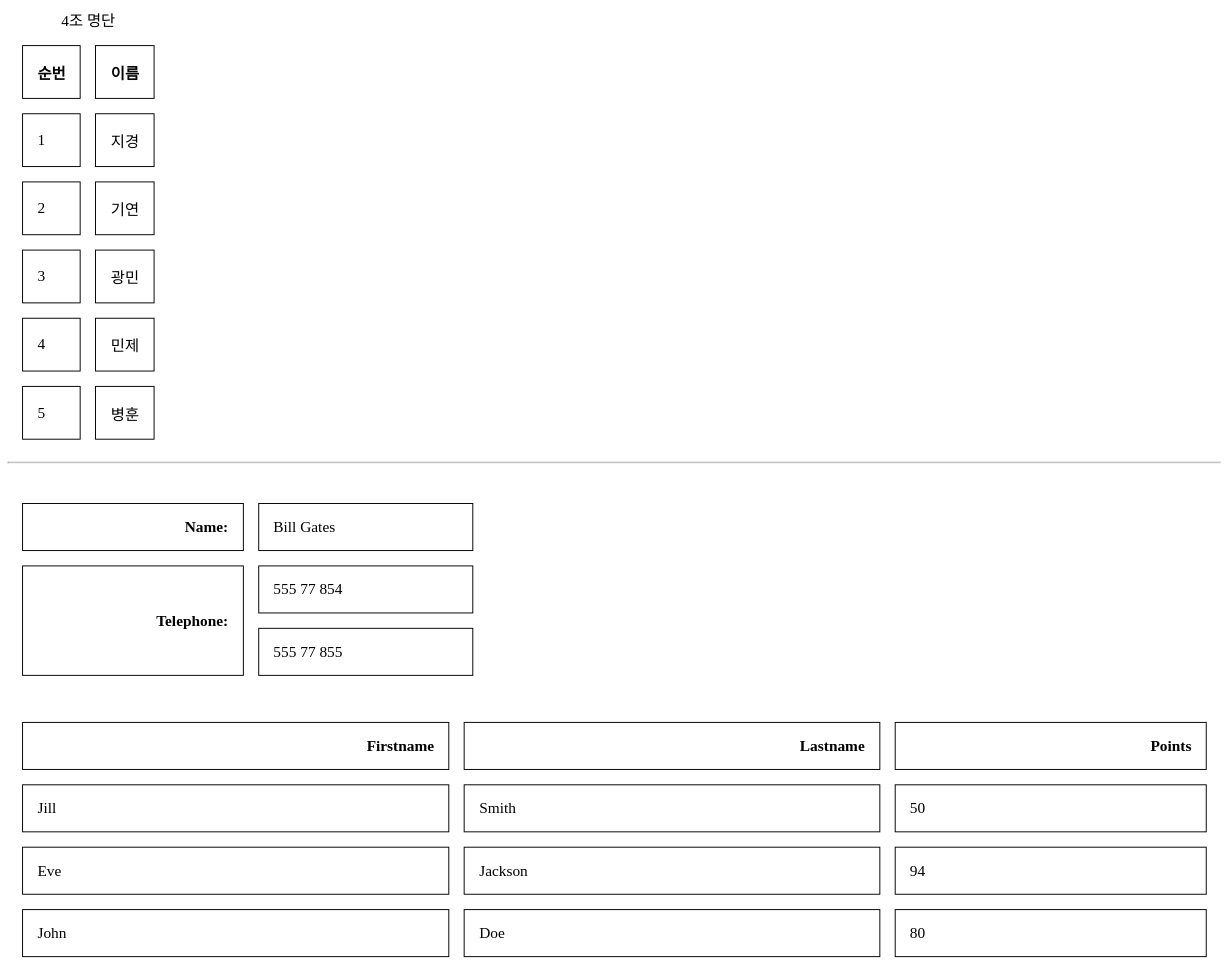
Repository: BaekJiGyeong/JSP
Page: http://localhost/AA_HelloJSP/exercise.jsp
These files come from the project's save history. The page is drawn as it stood at one moment and after the next save; the edit follows.
The browser window is 1280 px wide. The pictures show the whole page, at 96% of full size.
The page is served by Tomcat 9.

Above is the page before, as saved 2016-02-02 10:46:43.

### AA_HelloJSP/WebContent/exercise.jsp
<%@ page language="java" contentType="text/html; charset=UTF-8"
	pageEncoding="UTF-8"%>

<%
	String[] names = new String[] { "지경", "기연", "광민", "민제", "병훈" };
%>

<!DOCTYPE html >
<html>
<head>
<style>
th, td {
	border: 1px solid black;
	border-collapse: collapse;
}

th, td {
	padding: 15px;
}
th {
    text-align: right;
}
table {
	border-spacing: 15px
}
</style>
<meta http-equiv="Content-Type" content="text/html; charset=UTF-8">
<title>지경이 JSP연습</title>

</head>
<body>

	<table>
		<caption>4조 명단</caption>
		<tr>
			<th>순번</th>
			<th>이름</th>
		</tr>
		<%
			for (int i = 0; i < 5; i++) {
		%>
		<tr>
			<td><%=i + 1%></td>
			<td><%=names[i]%></td>
		</tr>
		<%
			}
		%>

	</table>

	<hr />
	<br />
	<table style="width: 500px">
		<tr>
			<th>Name:</th>
			<td>Bill Gates</td>
		</tr>
		<tr>
			<th rowspan="2">Telephone:</th>
			<td>555 77 854</td>
		</tr>
		<tr>
			<td>555 77 855</td>
		</tr>
	</table>
	<br />
	<table style="width: 100%">
		<tr>
			<th>Firstname</th>
			<th>Lastname</th>
			<th>Points</th>
		</tr>
		<tr>
			<td>Jill</td>
			<td>Smith</td>
			<td>50</td>
		</tr>
		<tr>
			<td>Eve</td>
			<td>Jackson</td>
			<td>94</td>
		</tr>
		<tr>
			<td>John</td>
			<td>Doe</td>
			<td>80</td>
		</tr>
	</table>




</body>
</html>

After the next save:
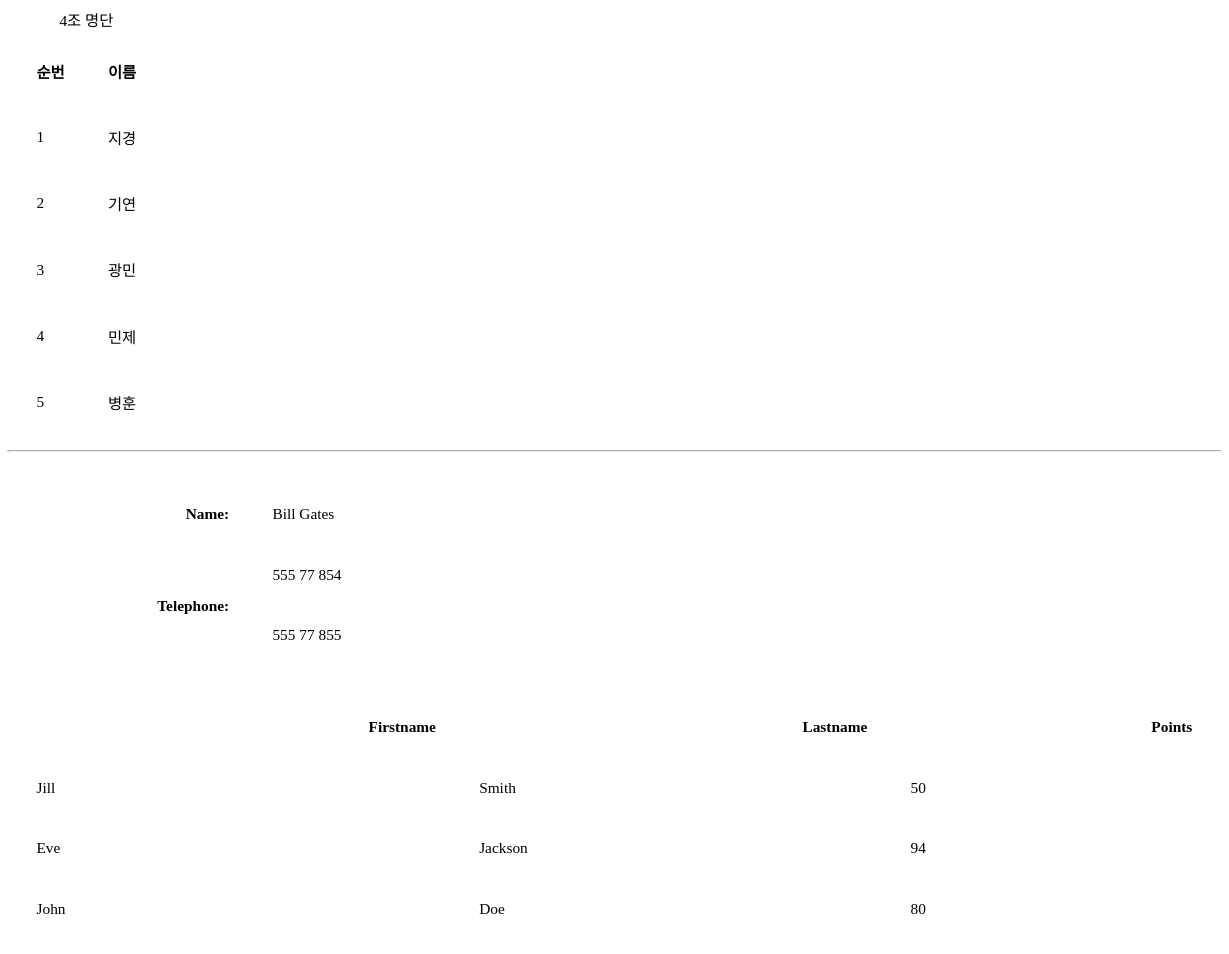
Saved 21 s later.
--- a/AA_HelloJSP/WebContent/exercise.jsp
+++ b/AA_HelloJSP/WebContent/exercise.jsp
@@ -9,10 +9,7 @@
 <html>
 <head>
 <style>
-th, td {
-	border: 1px solid black;
-	border-collapse: collapse;
-}
+
 
 th, td {
 	padding: 15px;
